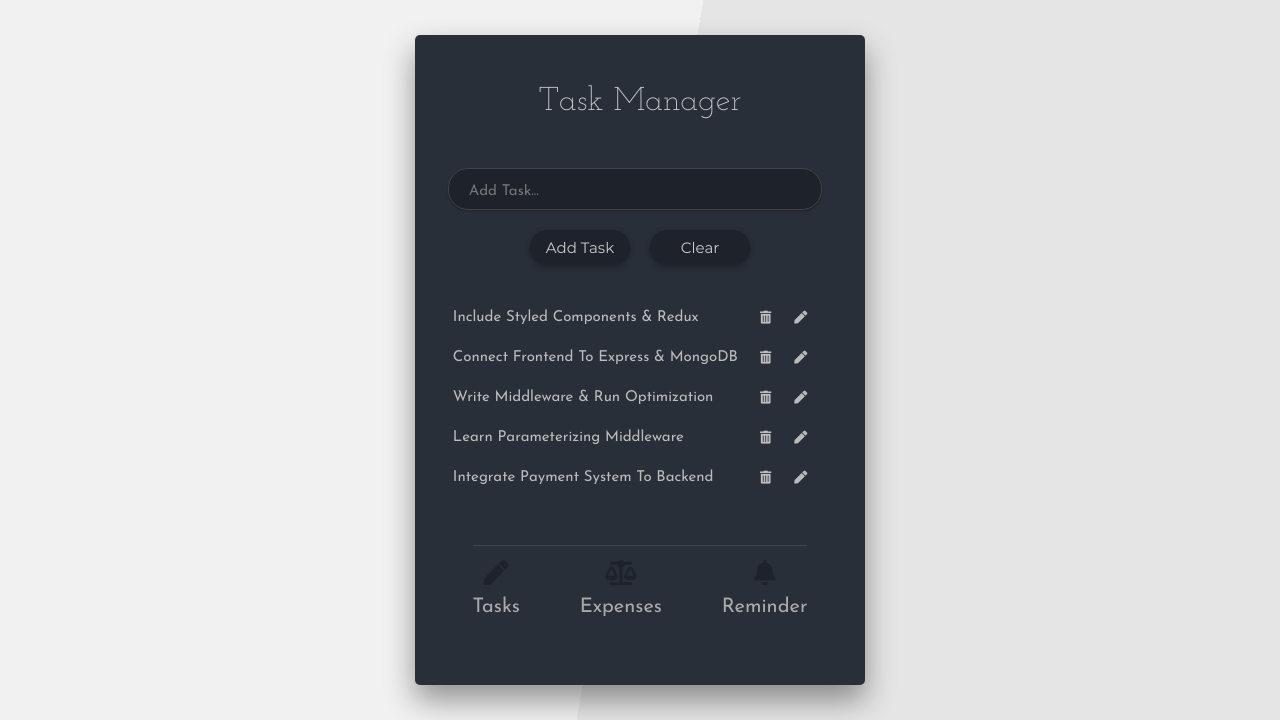
Repository: Kol124/react-task-manager
Page: /
The author's editor kept a copy of each file at every save. The page is drawn from the files as they stood at one save, then again after the next save.
The browser window is 1280 px wide. The pictures show the whole page.
The project was rebuilt for these pictures with package versions that can differ from the ones it lists, and the page was loaded fresh each time. Also part of the build but not shown: src/components/Expenses/Expenses.js, src/components/Reminder/Reminder.js.

Above is the page before, as saved 2021-06-23 19:53:43.

After the next save:
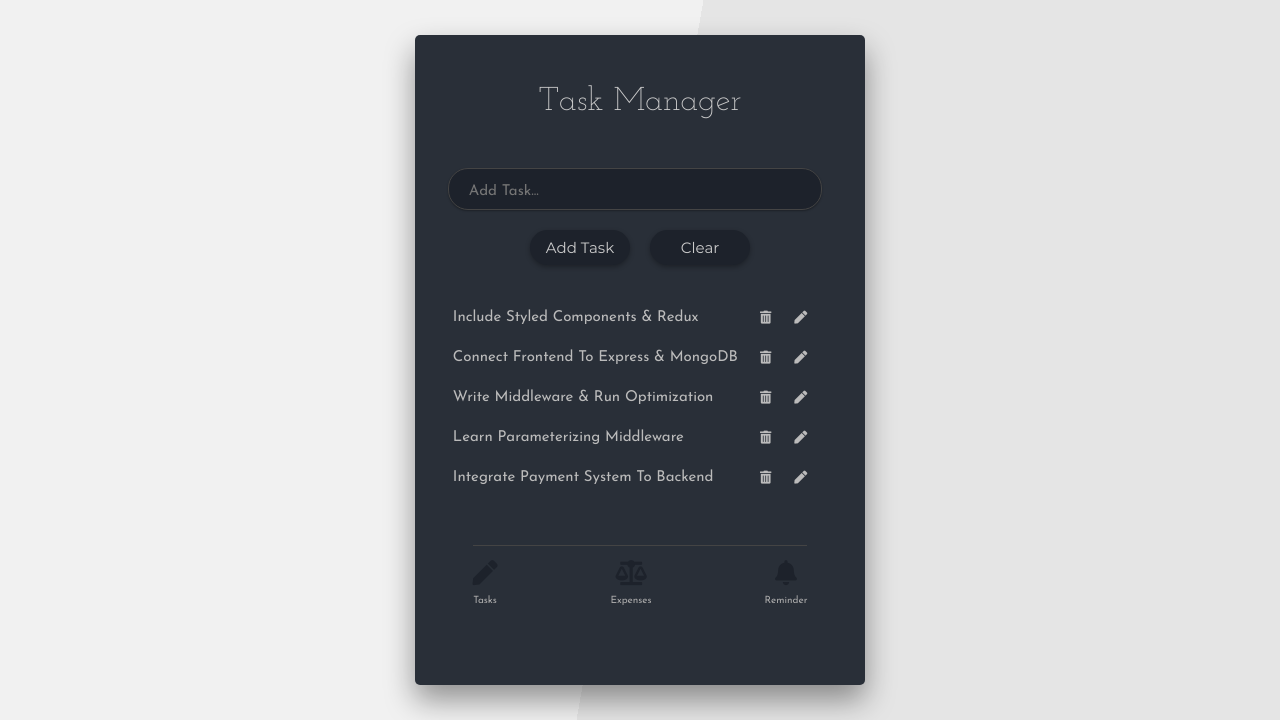
Saved 13 s later.
--- a/src/App.css
+++ b/src/App.css
@@ -189,7 +189,7 @@ footer .nav {
 
 .nav li {
   font-family: "Josefin Sans", sans-serif;
-  font-size: 2rem;
+  /* font-size: 2rem; */
   text-align: center;
 }
 
